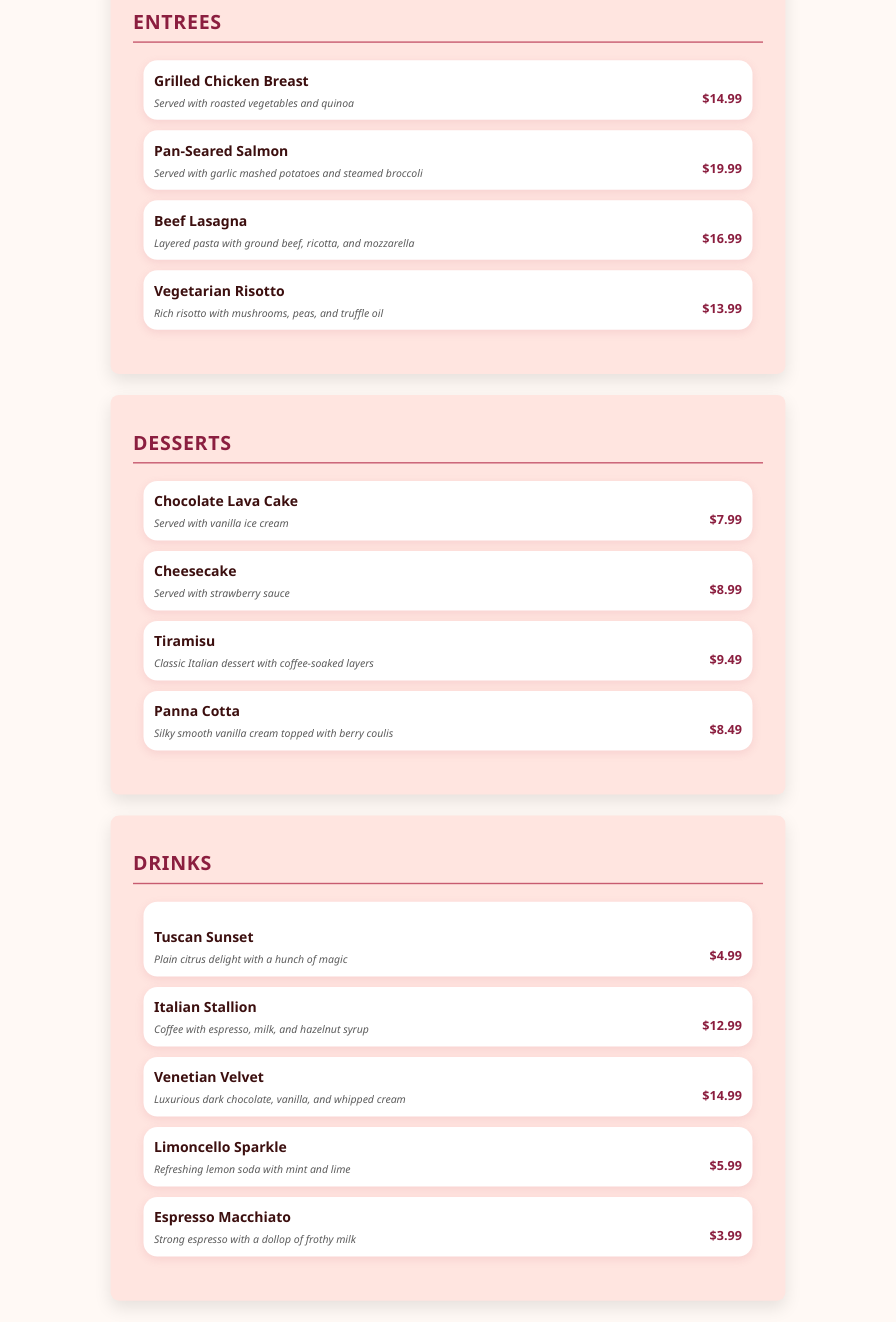
Repository: S12ahana/Food-Ordering-Website
Page: project1/Menu.html
These files come from the project's save history. The page is drawn as it stood at one moment and after the next save; the edit follows.
The browser window is 1280 px wide. The pictures show the part of the page from y = 833 to 2753 px (the page is 2721 px tall before and 2753 px after), at 70% of full size.

Above is the page before, as saved 2025-07-30 18:19:49.

After the next save:
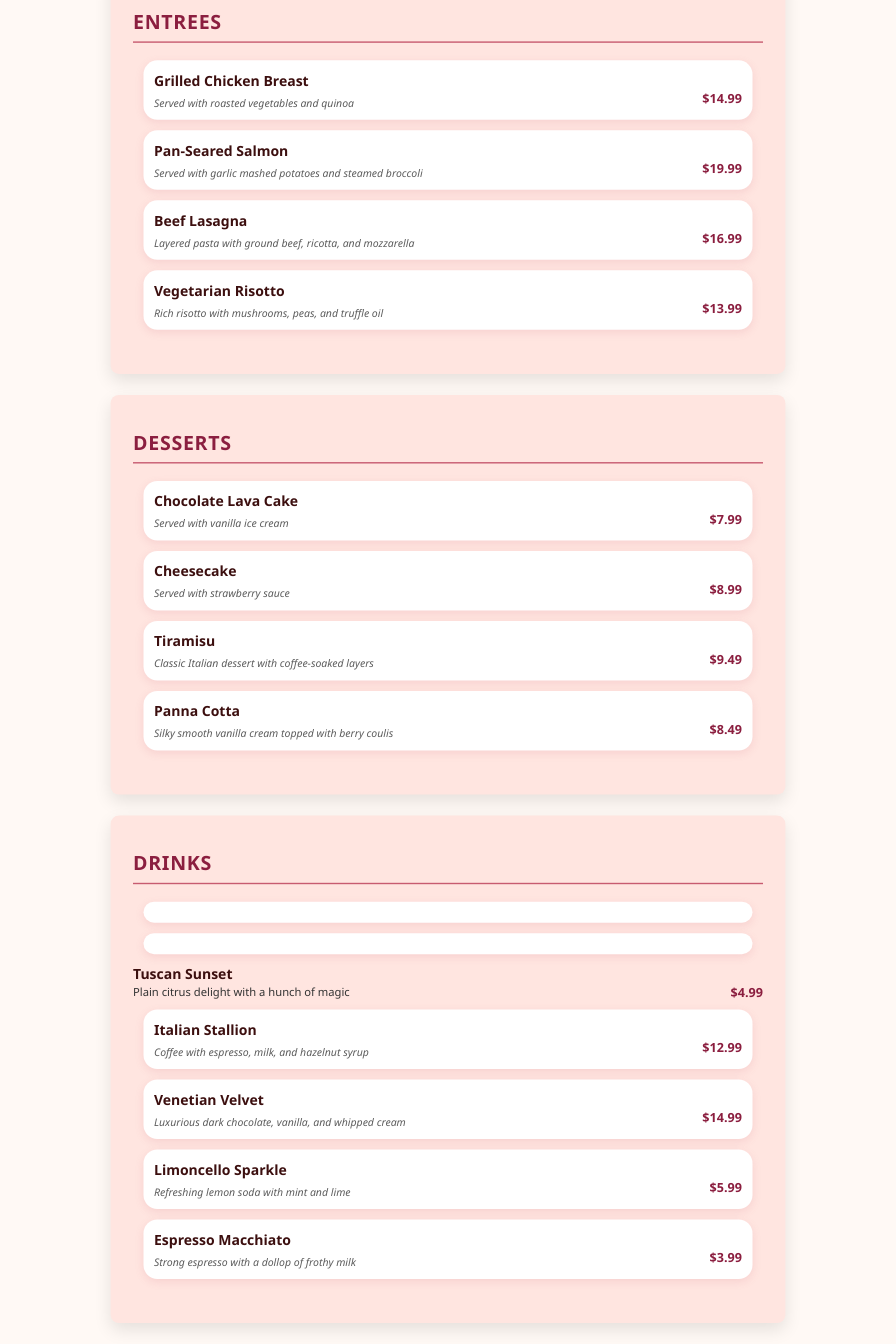
Saved 43 s later.
--- a/project1/Menu.html
+++ b/project1/Menu.html
@@ -93,7 +93,7 @@
   <h2>Drinks</h2>
   <ul>
     <li>
-		<a href="order.html?dish=Tuscan Sunset" style="text-decoration:none; color:inherit;"></a>
+		<li onclick="goToOrderPage('Pizza', 250)"></li>
       	<span class="dish-name">Tuscan Sunset</span>
       	<span class="price">$4.99</span>
       	<p>Plain citrus delight with a hunch of magic</p>
